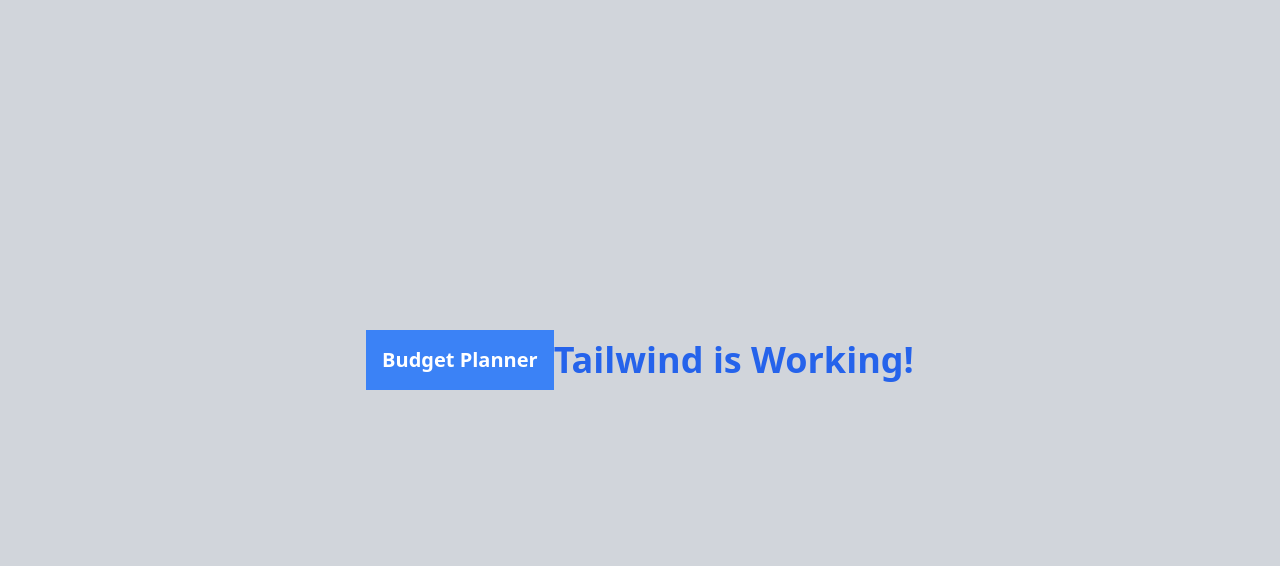
Repository: AmaanLucky/budget-planner-frontend
Page: /
An editor plug-in stored every save of this project. The page is shown before and after the next save, followed by the edit.
The browser window is 1280 px wide. The pictures show the whole page.
The project was rebuilt for these pictures with package versions that can differ from the ones it lists, and the page was loaded fresh each time. Also part of the build but not shown: vite.config.js.

Above is the page before, as saved 2025-02-22 13:36:40.

After the next save:
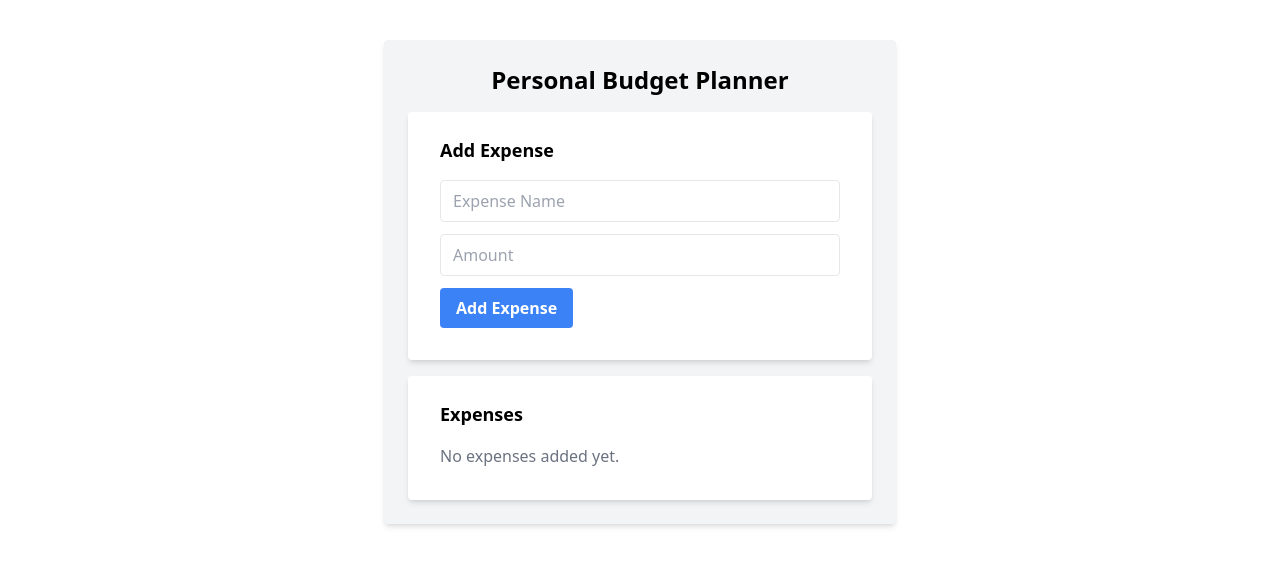
Saved 4 min 13 s later.
--- a/src/App.jsx
+++ b/src/App.jsx
@@ -1,12 +1,21 @@
-import Navbar from "./components/Navbar";
+import { useState } from "react";
+import BudgetForm from "./components/BudgetForm";
+import ExpenseList from "./components/ExpenseList";
 
-function App() {
+const App = () => {
+  const [expenses, setExpenses] = useState([]);
+
+  const handleAddExpense = (expense) => {
+    setExpenses([...expenses, expense]);
+  };
+
   return (
-    <div className="flex justify-center items-center min-h-screen bg-gray-300">
-    <Navbar/>
-      <h1 className="text-4xl font-bold text-blue-600">Tailwind is Working!</h1>
+    <div className="max-w-lg mx-auto mt-10 p-6 bg-gray-100 shadow-md rounded">
+      <h1 className="text-2xl font-bold text-center mb-4">Personal Budget Planner</h1>
+      <BudgetForm onAddExpense={handleAddExpense} />
+      <ExpenseList expenses={expenses} />
     </div>
   );
-}
+};
 
 export default App;
